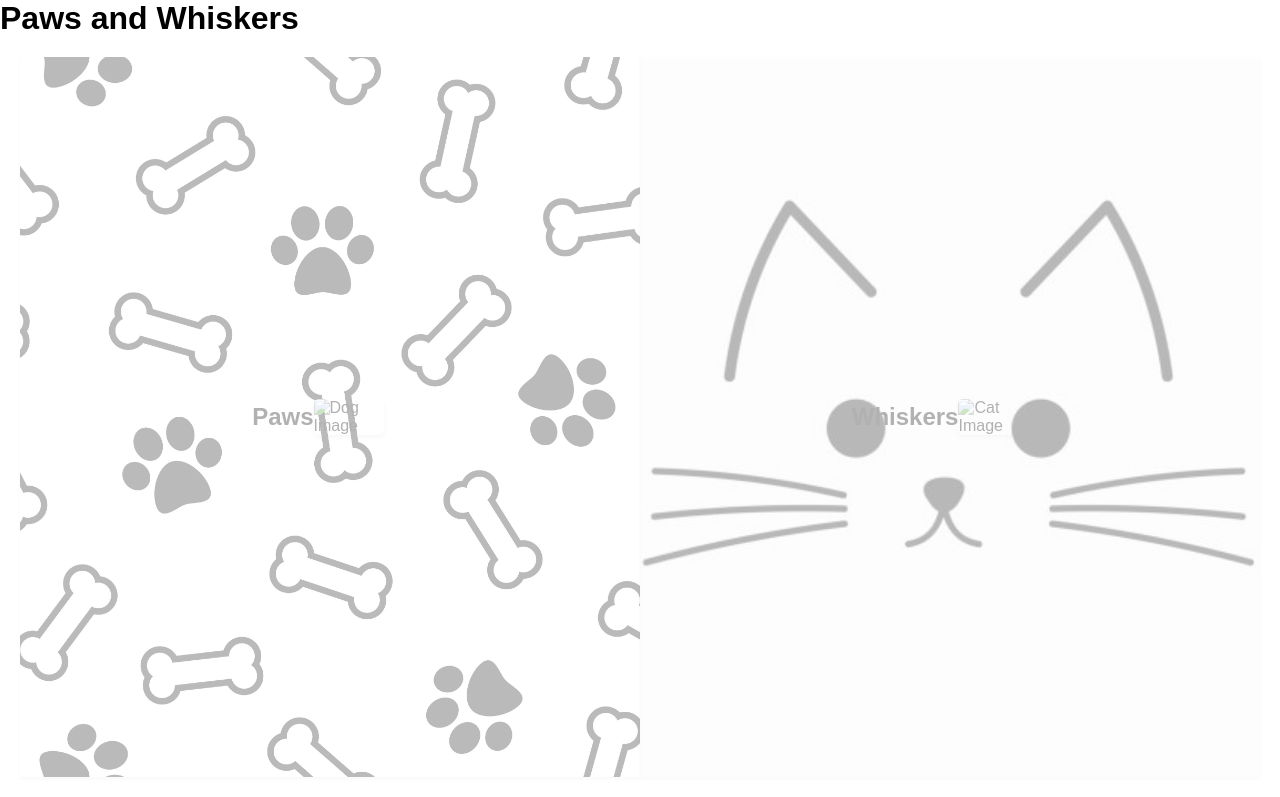
Repository: vimala-pydi/spring-pawsandwhiskers
Page: src/main/webapp/index.html
An editor plug-in stored every save of this project. The page is shown before and after the next save, followed by the edit.
The browser window is 1280 px wide. The pictures show the whole page.
The page's requests for data from a server got no answer.

Above is the page before, as saved 2023-08-21 18:03:31.

After the next save:
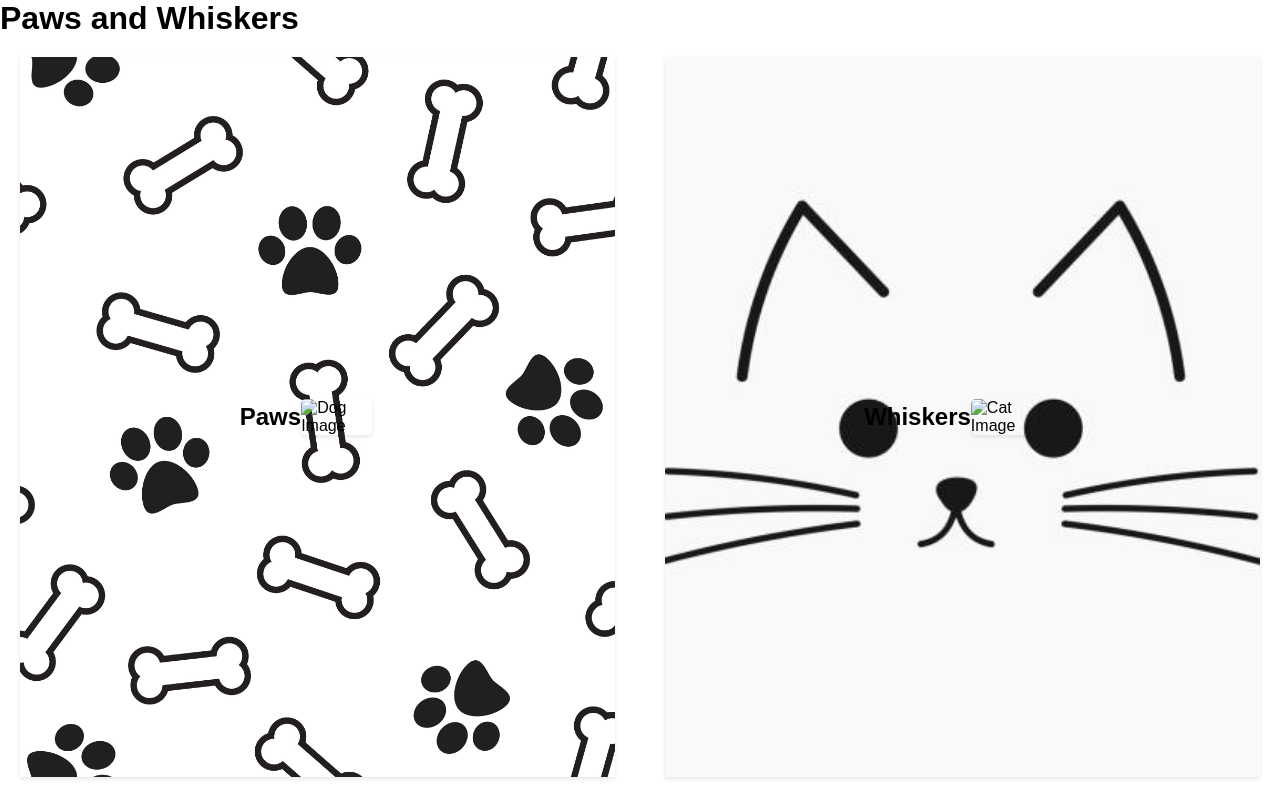
Saved 4 h 39 min later.
--- a/src/main/webapp/css/styles.css
+++ b/src/main/webapp/css/styles.css
@@ -7,42 +7,35 @@
 
 body {
     font-family: Arial, sans-serif;
-    background-color: rgba(0,0,0,0);
+    background-color: rgba(0, 0, 0, 0);
     margin: 0;
     padding: 0;
 }
 
 .container {
     display: flex;
-    justify-content: space-around;
+    justify-content: space-between;
     padding: 20px;
 }
 
 .image-box {
-    width: 100%; /* Make the image boxes take up the full width of the page */
-    height: 100vh; /* Set the height of the image boxes to cover the entire viewport height */
-    background-size: cover; /* Set background image to cover the image box */
-    background-position: center center; /* Center the background image */
+    width: 48%; /* Set the width to cover 48% of the page */
+    height: 100vh; /* Set the height to cover the entire viewport height */
     box-shadow: 0 2px 4px rgba(0, 0, 0, 0.1);
     display: flex;
     align-items: center;
     justify-content: center;
+    background-color: rgba(0, 0, 0, 0.5); /* Add a semi-transparent background color */
+    background-size: cover; /* Set background image to cover the image box */
+    background-position: center center; /* Center the background image */
 }
 
 .image-box.dogs {
     background-image: url('dog_bg.jpg'); /* Replace with actual dog image */
-    background-color: transparent; /* Add a semi-transparent black background */
-    background-size: cover; /* Set background image to cover the image box */
-    background-position: center center; /* Center the background image */
-    opacity: 0.3; /* Adjust the opacity to make it appear as a watermark */
 }
 
 .image-box.cats {
     background-image: url('cat_bg.jpg'); /* Replace with actual cat image */
-    background-color: transparent; /* Add a semi-transparent black background */
-    background-size: cover; /* Set background image to cover the image box */
-    background-position: center center; /* Center the background image */
-    opacity: 0.3; /* Adjust the opacity to make it appear as a watermark */
 }
 
 .image-box h2 {
